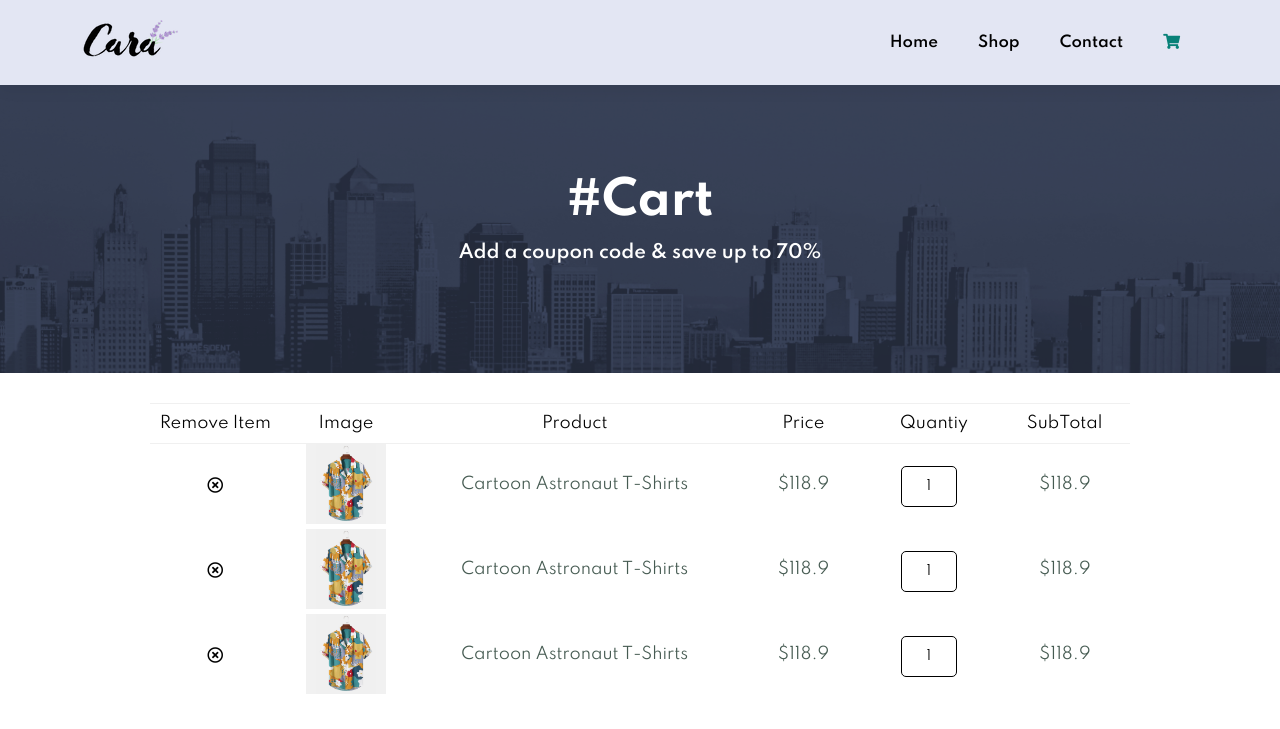
Repository: Daryllgio/E-Commerce-Website-UI
Page: cart.html
An editor plug-in stored every save of this project. The page is shown before and after a run of saves, followed by the edit.
The browser window is 1280 px wide. The pictures show the whole page.
Some web libraries are served in a nearby version.

Above is the page before, as saved 2025-01-02 02:49:36.

After the next 2 saves:
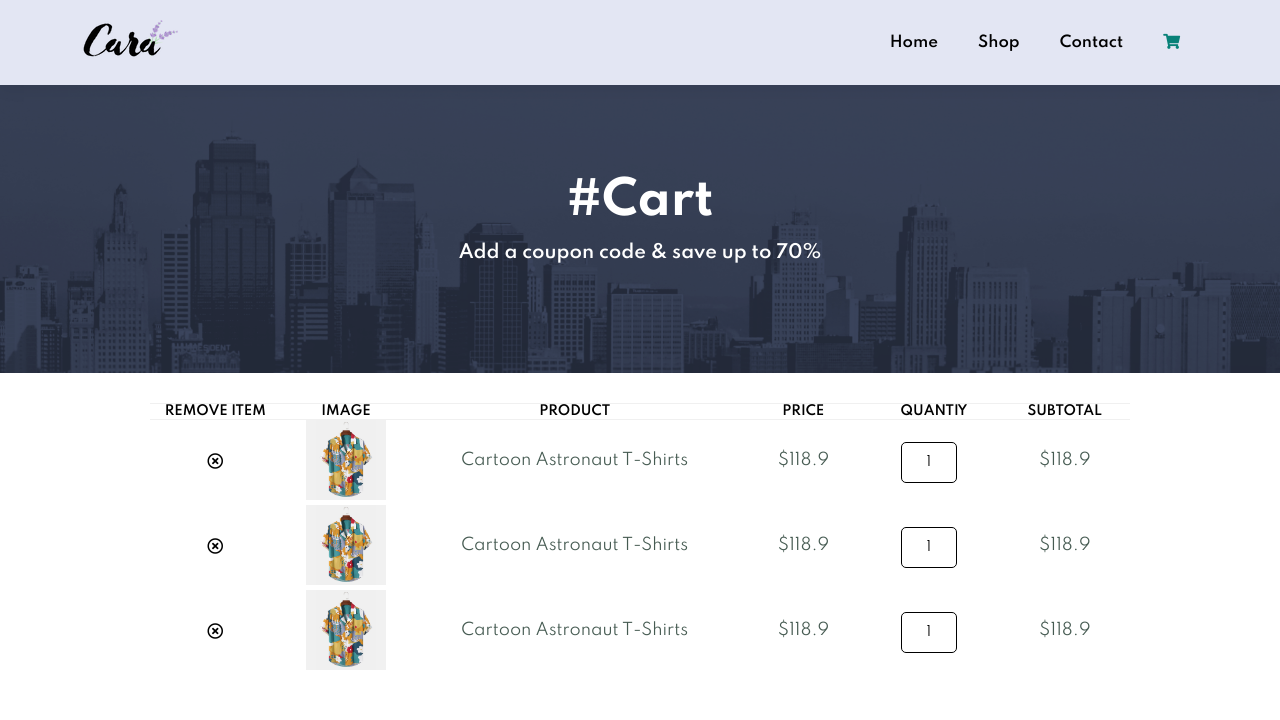
The 2 saves are shown as one change because they came seconds apart.
The last was saved 4 min 7 s later.
--- a/style.css
+++ b/style.css
@@ -877,6 +877,7 @@ body {
 }
 
 #Cart-Summary-Container table thead td {
-  padding-top: 10px;
-  padding-bottom: 10px;
-}
+  font-weight: 600;
+  font-size: 13px;
+  text-transform: uppercase;
+}
